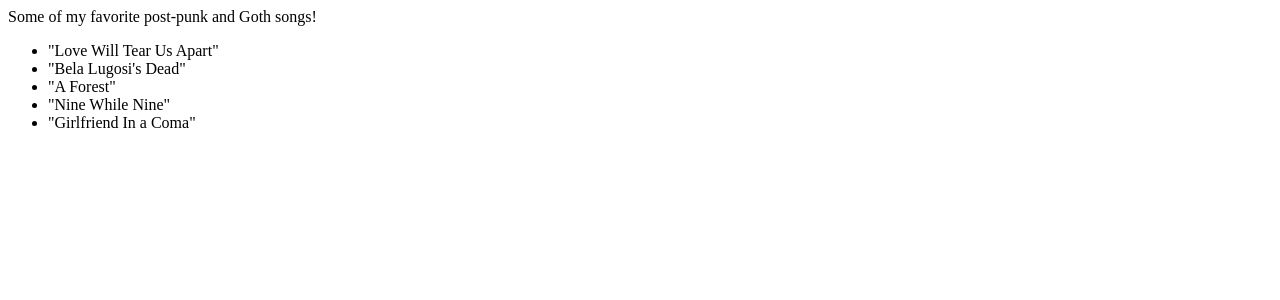
Repository: MoffatMuga/trial
Page: my_list.html
An editor plug-in stored every save of this project. The page is shown before and after the next save, followed by the edit.
The browser window is 1280 px wide. The pictures show the whole page.

Above is the page before, as saved 2023-03-14 07:39:00.

After the next save:
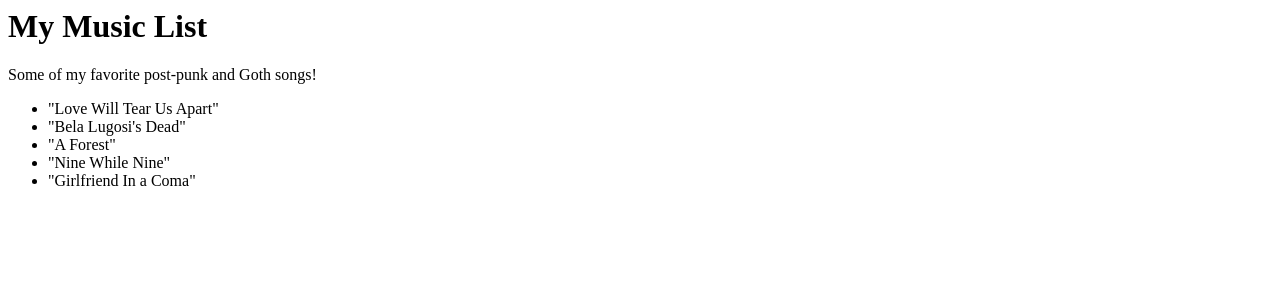
Saved 2 min 47 s later.
--- a/my_list.html
+++ b/my_list.html
@@ -1,3 +1,4 @@
+<h1>My Music List</h1>
 <p>Some of my favorite post-punk and Goth songs!</p>
 <ul>
     <li>"Love Will Tear Us Apart"</li>
